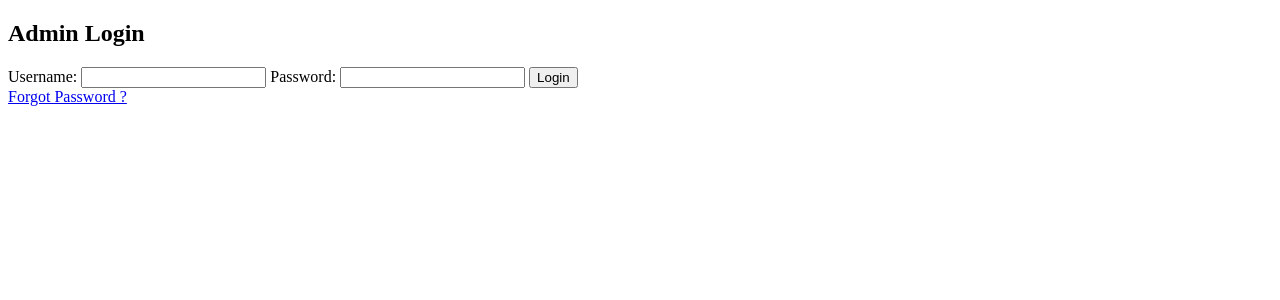
Repository: GauraVPandeyyy/Final-Neuro-dentica
Page: http://localhost/Admin-Panel/login.php
These files come from the project's save history. The page is drawn as it stood at one moment and after the next save; the edit follows.
The browser window is 1280 px wide. The pictures show the whole page.
The page is run by PHP 8.4 with error messages shown; the project is at /var/www/html/.

Above is the page before, as saved 2024-11-10 18:59:09.

After the next save:
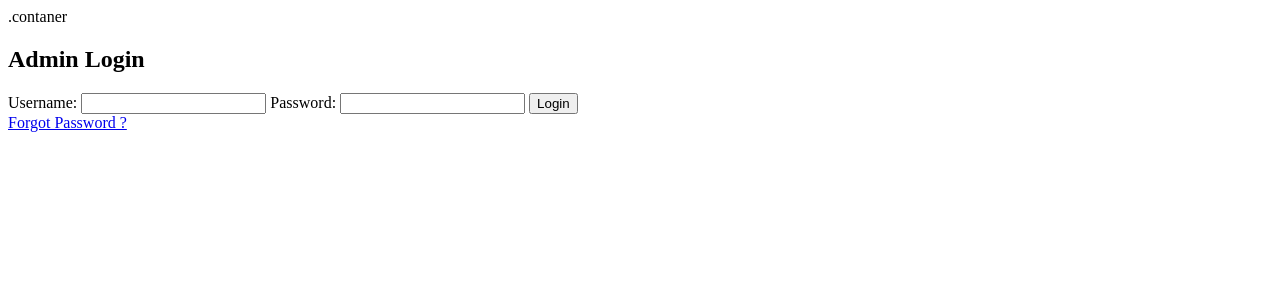
Saved 4 s later.
--- a/Admin-Panel/login.php
+++ b/Admin-Panel/login.php
@@ -7,7 +7,7 @@
     <link rel="stylesheet" href="login.css">
 </head>
 <body>
-
+    .contaner
     <h2>Admin Login</h2>
     <form method="POST">
         <label for="username">Username:</label>

After the 2 saves that followed:
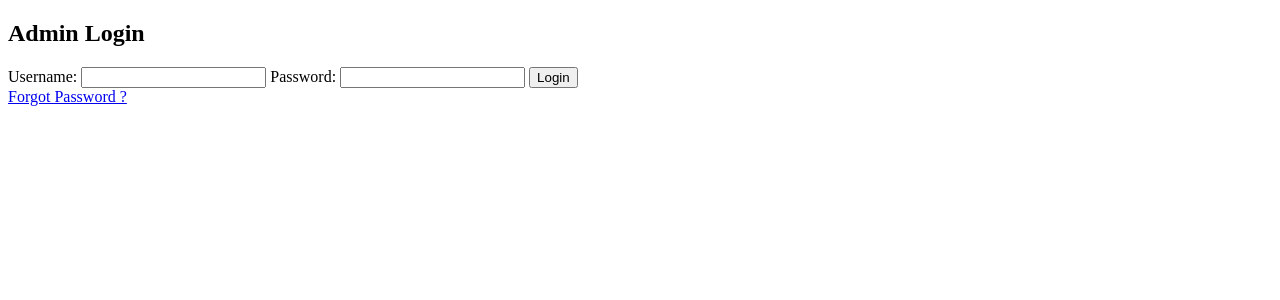
The 2 saves are shown as one change because they came seconds apart.
The last was saved 8 s later.
--- a/Admin-Panel/login.php
+++ b/Admin-Panel/login.php
@@ -7,7 +7,7 @@
     <link rel="stylesheet" href="login.css">
 </head>
 <body>
-    .contaner
+    <div class="container"></div>
     <h2>Admin Login</h2>
     <form method="POST">
         <label for="username">Username:</label>
